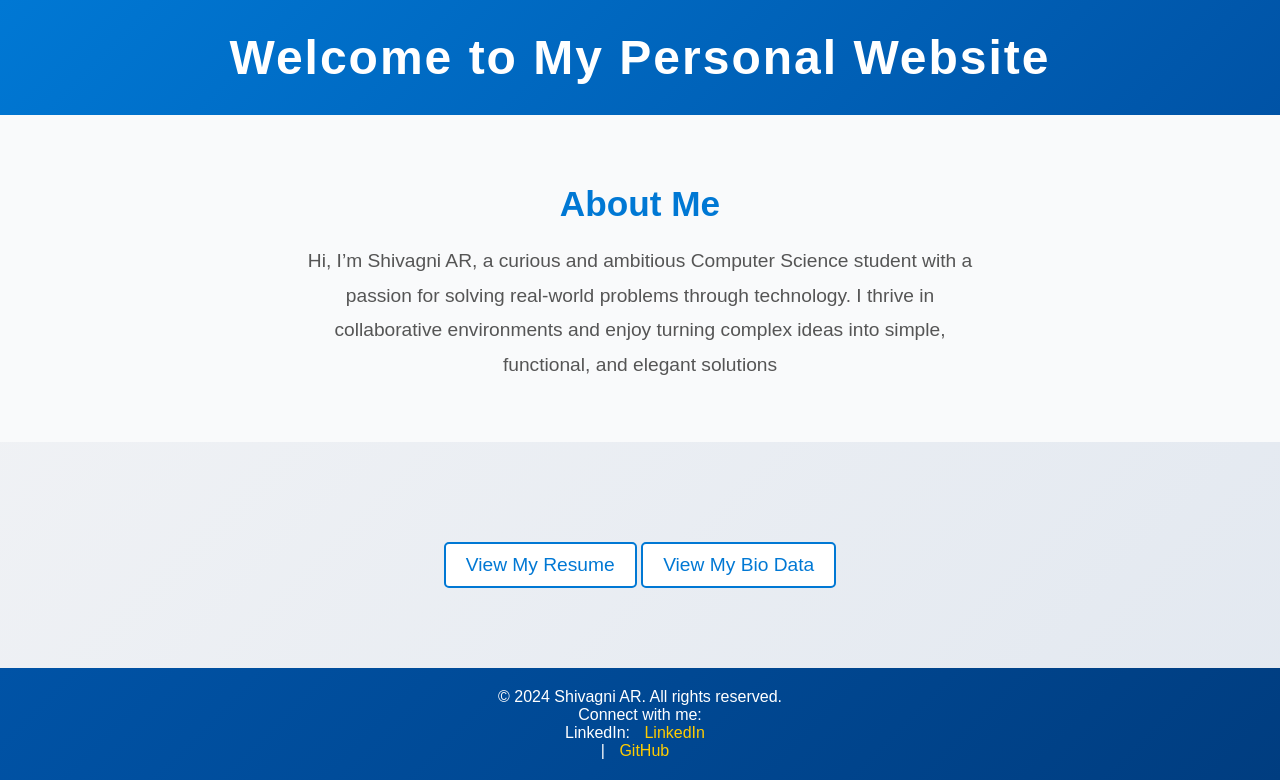
Repository: shivagni518/WEB-1
Page: index.html
These files come from the project's save history. The page is drawn as it stood at one moment and after a run of saves; the edit follows.
The browser window is 1280 px wide. The pictures show the whole page.

Above is the page before, as saved 2024-12-01 16:28:56.

After the next 2 saves:
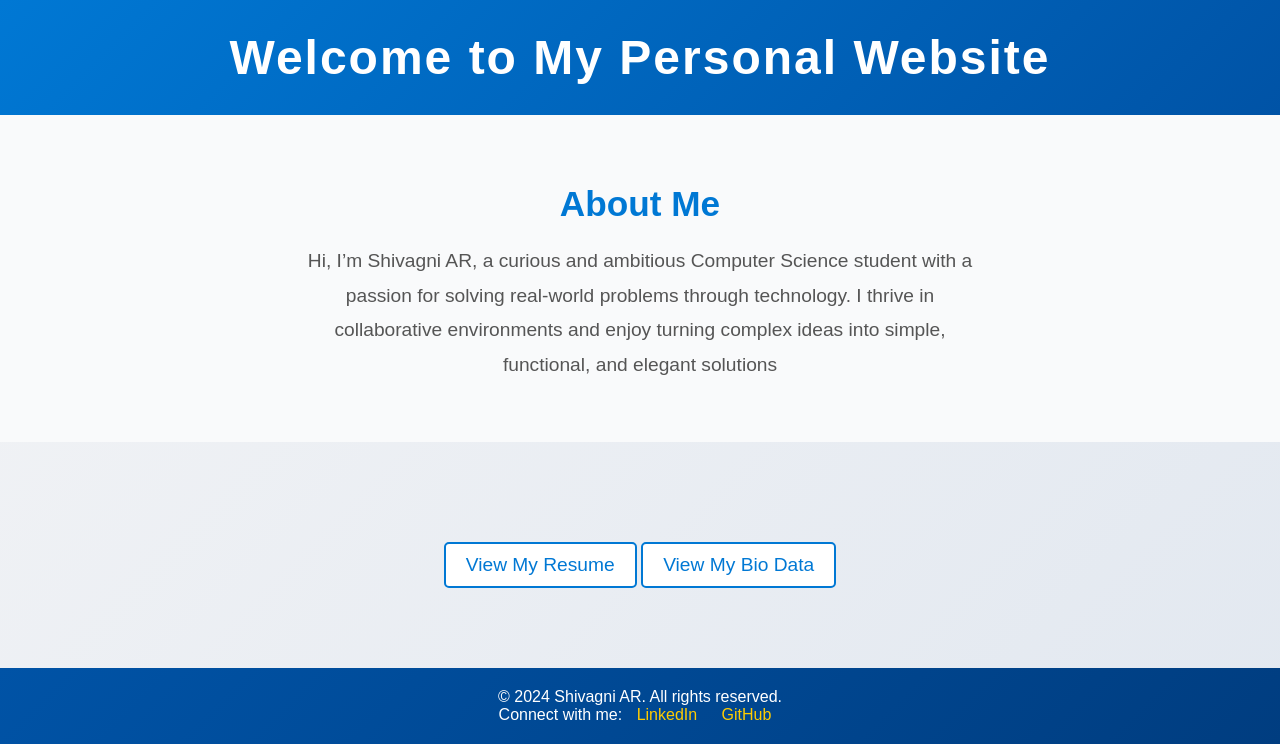
The 2 saves are shown as one change because they came seconds apart.
The last was saved 10 s later.
--- a/index.html
+++ b/index.html
@@ -176,7 +176,7 @@
     <footer>
         <p>&copy; 2024 Shivagni AR. All rights reserved.</p>
         <p>Connect with me:
-            <p>LinkedIn: <a href="www.linkedin.com/in/shivagni-ar-656331263" target="_blank">LinkedIn</a></p>|
+             <a href="www.linkedin.com/in/shivagni-ar-656331263" target="_blank">LinkedIn</a>
             <a href="https://github.com/shivagni518">GitHub</a>
         </p>
     </footer>
